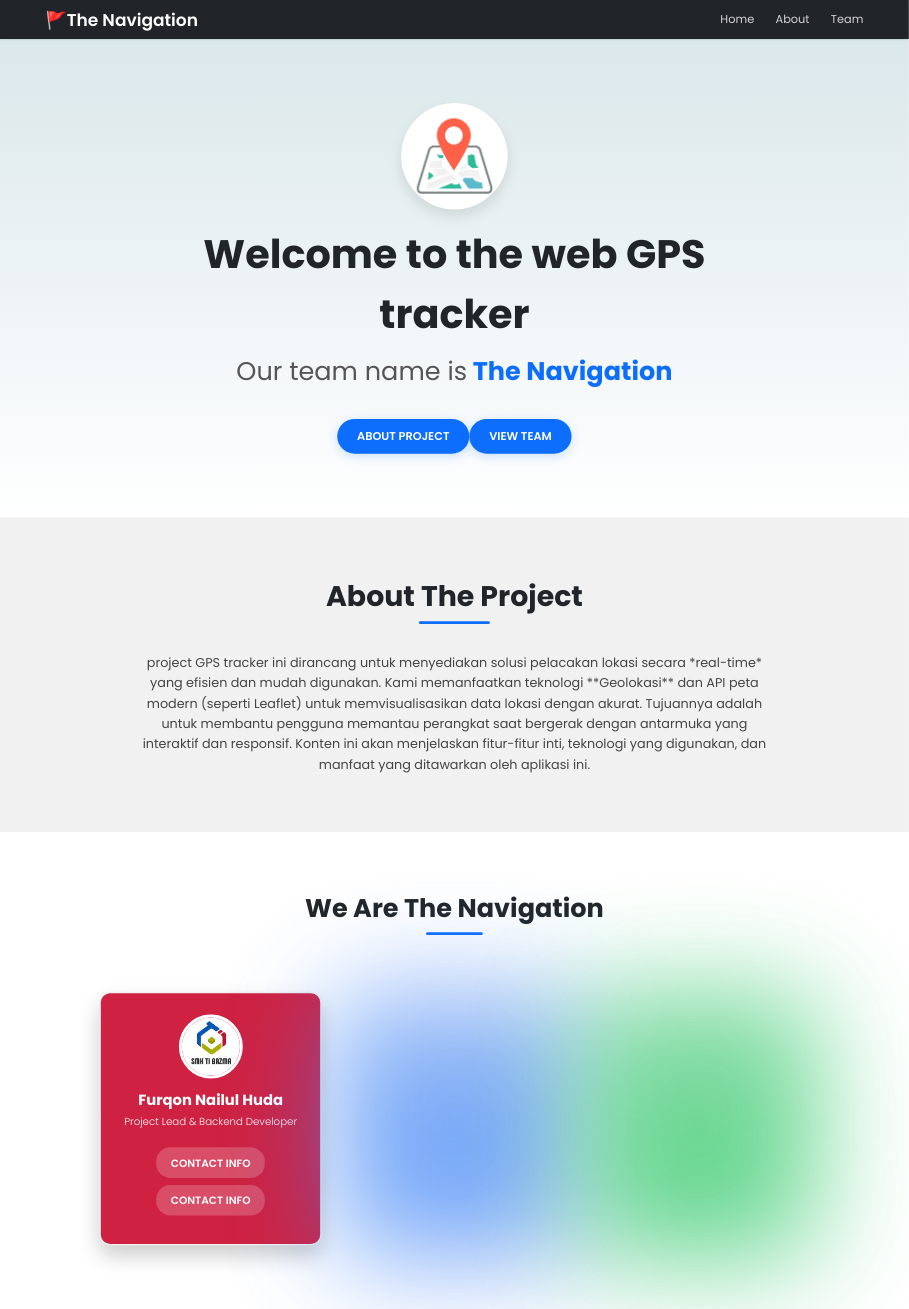
Repository: ammarsetiawan/gps-traker
Page: about.html
These files come from the project's save history. The page is drawn as it stood at one moment and after a run of saves; the edit follows.
The browser window is 1280 px wide. The pictures show the whole page, at 71% of full size.
The pointer rests on the first visible `.cards .card`.

Above is the page before, as saved 2025-11-27 16:55:44.

### about.html
<!DOCTYPE html>
<html lang="en">

<head>
    <meta charset="UTF-8">
    <meta name="viewport" content="width=device-width, initial-scale=1.0">
    <title>GPS Tracking - The Navigation</title>
    <link rel="stylesheet" href="https://unpkg.com/leaflet/dist/leaflet.css" />
    <link href="https://fonts.googleapis.com/css2?family=Poppins:wght@300;400;600;700&display=swap" rel="stylesheet">

    <style>
        :root {
            --primary-color: #0d6efd;
            --secondary-color: #0b5ed7;
            --dark-color: #212529;
            --light-color: #ffffff;
            --background-light: #f1f1f1;
            --red-card: #cf2141;
            --blue-card: #3b82f6;
            --green-card: #22c55e;
            --font-family: 'Poppins', sans-serif;
        }

        /* 🔄 Global Reset & Body */
        * {
            margin: 0;
            padding: 0;
            box-sizing: border-box;
            scroll-behavior: smooth;
        }

        body {
            font-family: var(--font-family);
            background: var(--light-color);
            padding-top: 55px;
            scroll-padding-top: 55px;
            transition: all 0.3s ease;
        }

        /* 🚀 NAVBAR */
        nav {
            background-color: var(--dark-color);
            height: 55px;
            display: flex;
            align-items: center;
            padding: 0 5%;
            position: fixed;
            width: 100%;
            top: 0;
            box-shadow: 0 2px 4px rgba(0, 0, 0, 0.1);
            z-index: 1000;
        }

        nav .brand {
            font-size: 24px;
            font-weight: 600;
            color: var(--light-color);
        }

        nav ul {
            list-style: none;
            display: flex;
            gap: 30px;
            margin-left: auto;
        }

        nav ul li a {
            text-decoration: none;
            color: rgba(255, 255, 255, 0.8);
            font-size: 16px;
            font-weight: 400;
            transition: 0.3s ease;
            position: relative;
            padding-bottom: 5px;
        }

        nav ul li a:hover {
            color: var(--light-color);
        }

        nav ul li a::after {
            content: '';
            position: absolute;
            width: 0;
            height: 2px;
            display: block;
            margin-top: 5px;
            right: 0;
            background: var(--primary-color);
            transition: width 0.3s ease;
        }

        nav ul li a:hover::after {
            width: 100%;
            left: 0;
            right: auto;
        }

        /* 🏠 Hero Section */
        .background {
            background: linear-gradient(to bottom, rgba(73, 136, 155, 0.2), rgba(92, 92, 88, 0));
            min-height: calc(100vh - 55px);
            padding: 50px 0;
            position: relative;
        }

        .container {
            height: 100%;
            display: flex;
            justify-content: center;
            align-items: center;
            padding: 0 5%;
        }

        .sub-container {
            padding: 40px 20px;
            text-align: center;
            max-width: 800px;
            margin: 0 auto;
        }

        .card-icons {
            width: 150px;
            height: 150px;
            display: flex;
            justify-content: center;
            align-items: center;
            margin: 0 auto 20px auto;
            border-radius: 50%;
            background: var(--light-color);
            box-shadow: 0 10px 20px rgba(0, 0, 0, 0.1);
            overflow: hidden;
        }

        .card-icons img {
            max-width: 80%;
            max-height: 80%;
            object-fit: contain;
        }

        .font-home {
            font-size: clamp(30px, 5vw, 56px);
            font-weight: 700;
            display: block;
            margin-bottom: 10px;
            color: var(--dark-color);
        }

        .font {
            display: flex;
            justify-content: center;
            align-items: center;
            font-size: clamp(20px, 3vw, 36px);
            font-weight: 400;
            color: #555;
            margin-bottom: 40px;
        }

        .font span {
            color: var(--primary-color);
            font-weight: 700;
            margin-left: 8px;
        }

        .button-group {
            display: flex;
            justify-content: center;

        }

        /* Tombol Utama */
        .btn-custom {
            gap: 20px;
            display: inline-block;
            background-color: var(--primary-color);
            color: var(--light-color);
            padding: 12px 28px;
            border: none;
            border-radius: 50px;
            font-size: 16px;
            cursor: pointer;
            font-weight: 600;
            box-shadow: 0 4px 15px rgba(0, 110, 255, 0.2);
            transition: all 0.3s ease;
            text-decoration: none;
            text-transform: uppercase;
        }

        .btn-custom:hover {
            background-color: var(--secondary-color);
            transform: translateY(-3px);
            box-shadow: 0 8px 20px rgba(0, 110, 255, 0.3)
        }

        .btn-custom:active {
            background-color: #0a58ca;
            transform: translateY(0);
        }

        /* 📖 About Section */
        .background-page2 {
            background-color: var(--background-light);
            padding: 80px 5%;
            min-height: 400px;
        }

        .about-content {
            text-align: center;
            max-width: 900px;
            margin: 0 auto;
        }

        .about-project {
            font-size: clamp(30px, 4vw, 40px);
            font-weight: 700;
            color: var(--dark-color);
            position: relative;
            display: inline-block;
            margin-bottom: 20px;
        }

        .about-project::after {
            content: '';
            position: absolute;
            bottom: -10px;
            left: 50%;
            transform: translateX(-50%);
            width: 100px;
            height: 4px;
            background-color: var(--primary-color);
            border-radius: 2px;
        }

        .text-about {
            margin-top: 30px;
            font-size: 18px;
            line-height: 1.6;
            color: #444;
            min-height: 100px;
        }


        .background-page3 {
            padding: 80px 5%;

            min-height: 500px;
            text-align: center;
        }

        .team {
            font-size: clamp(28px, 3.5vw, 36px);
            font-weight: 700;
            position: relative;
            display: inline-block;
            margin-bottom: 20px;
            color: var(--dark-color);
        }

        .team::after {
            content: '';
            position: absolute;
            bottom: -10px;
            left: 50%;
            transform: translateX(-50%);
            width: 80px;
            height: 4px;
            background-color: var(--primary-color);
            border-radius: 2px;
        }



        .cards {
            position: relative;
            top: 50px;
            display: grid;
            grid-template-columns: repeat(auto-fit, minmax(280px, 1fr));
            gap: 30px;
            max-width: 1000px;
            margin: 0 auto;
            padding-bottom: 50px;

        }

        .cards .card {

            display: flex;
            align-items: center;
            justify-content: center;
            flex-direction: column;
            text-align: center;
            padding: 30px 20px;
            min-height: 280px;
            border-radius: 15px;
            color: var(--light-color);
            cursor: pointer;
            transition: all 0.4s ease;
            box-shadow: 0 10px 20px rgba(0, 0, 0, 0.1);
            position: relative;
        }

        /* Definisi Warna Kartu */
        .cards .red {
            background-color: var(--red-card);
        }

        .cards .blue {
            background-color: var(--blue-card);
        }

        .cards .green {
            background-color: var(--green-card);
        }


        .cards .card img {
            width: 90px;
            height: 90px;
            border-radius: 50%;
            margin-bottom: 15px;
            object-fit: cover;
            border: 4px solid var(--light-color);
        }

        .cards .card .tip {
            font-size: 1.3em;
            font-weight: 700;
            margin-bottom: 5px;
        }

        .cards .card .second-text {
            font-size: .9em;
            font-weight: 300;
            margin-bottom: 25px;

        }

        .cards .card .btn-custom {
            padding: 10px 20px;
            font-size: 15px;
            background-color: rgba(255, 255, 255, 0.2);
            box-shadow: none;
            border-radius: 20px;
            margin-bottom: 10px;
        }

        .cards .card .btn-custom:hover {
            background-color: rgba(0, 0, 0, 0.4);
            transform: none;
        }


        .cards .card:hover {
            transform: translateY(-10px);
            border: #f1f1f1 2px solid;
            box-shadow: 0 15px 30px rgba(0, 0, 0, 0.2);
        }



        /* Efek blur pada kartu lain saat hover */
        .cards:hover>.card:not(:hover) {
            filter: blur(80px);
            opacity: 0.8;
            transform: none;
        }


        #menuBtn {
            margin-left: auto;
            background: transparent;
            border: none;
            padding: 5px;
            cursor: pointer;
            display: none;

        }

        #menuBtn div {
            width: 25px;
            height: 3px;
            background-color: var(--light-color);
            margin: 4px 0;
            transition: 0.3s;
            border-radius: 2px;
        }

        /* 📱 MEDIA QUERY: Mobile/Tablet */
        @media (max-width: 768px) {
            .btn-custom {
                margin-bottom: 20px;
            }

            nav {
                padding: 0 3%;
            }

            nav ul {
                position: fixed;
                top: 55px;
                right: 0;
                background: var(--dark-color);
                width: 200px;
                flex-direction: column;
                padding: 15px;
                display: none;
                border-bottom-left-radius: 10px;
                z-index: 999;
                box-shadow: -2px 2px 5px rgba(0, 0, 0, 0.2);
                transform: translateX(100%);
                transition: transform 0.3s ease-out;
            }

            nav ul.show {
                display: flex;
                transform: translateX(0);
            }

            nav ul li a {
                padding: 10px 0;
                display: block;
                border-bottom: 1px solid rgba(255, 255, 255, 0.1);
            }

            #menuBtn {
                display: block;
            }

            .button-group {
                flex-direction: column;
                gap: 15px;
            }

            .btn-custom {
                width: 80%;
                margin: 0 auto;
            }

            /* Perbaikan fokus di mobile */
            .background-page3 {
                padding: 60px 3%;

            }

            .cards {
                grid-template-columns: 1fr;

                top: 30px;
            }
        }
    </style>
</head>

<body>

    <nav>
        <h2 class="brand">🚩The Navigation</h2>

        <button id="menuBtn">
            <div></div>
            <div></div>
            <div></div>
        </button>

        <ul id="menu">
            <li><a href="./index.html">Home</a></li>
            <li><a href="#about-section">About</a></li>
            <li><a href="#view-team">Team</a></li>
        </ul>
    </nav>

    <section class="background">
        <div class="container">
            <div class="sub-container">
                <div class="card-icons">


                    <img src="./png-clipart-gps-navigation-device-gps-tracking-unit-vehicle-tracking-system-icon-green-map-red-location-mark-map-logo-electronics-text-thumbnail-removebg-preview.png"
                        alt="">

                </div>

                <h2 class="font-home">Welcome to the web GPS tracker</h2>
                <div class="font">
                    Our team name is
                    <span class="font-arch">The Navigation</span>
                </div>

                <div class="button-group">
                    <a href="#about-section" class="btn-custom">
                        About Project
                    </a>
                    <a href="#view-team" class="btn-custom">
                        View Team
                    </a>
                </div>
            </div>
        </div>
        <footer>
        </footer>
    </section>

    <section class="background-page2" id="about-section">
        <div class="about-content">
            <h2 class="about-project">About The Project</h2>
            <p class="text-about">
                project GPS tracker ini dirancang untuk menyediakan solusi pelacakan lokasi secara *real-time* yang
                efisien dan mudah digunakan. Kami memanfaatkan teknologi **Geolokasi** dan API peta modern (seperti
                Leaflet) untuk memvisualisasikan data lokasi dengan akurat. Tujuannya adalah untuk membantu pengguna
                memantau perangkat saat bergerak dengan antarmuka yang interaktif dan responsif. Konten ini akan
                menjelaskan fitur-fitur inti, teknologi yang digunakan, dan manfaat yang ditawarkan oleh aplikasi ini.
            </p>
        </div>
    </section>

    <section class="background-page3" id="view-team">
        <div style="text-align: center; padding-bottom: 30px;">
            <h2 class="team">We Are The Navigation</h2>
        </div>

        <div class="cards">
            <div class="card red">
                <img src="data:[embedded picture, 6755 characters]"
                    alt="Furqon Nailul Huda Avatar">
                <p class="tip">Furqon Nailul Huda</p>
                <p class="second-text">Project Lead & Backend Developer</p>

                <a href="#" class="btn-custom">Contact Info</a>
                <a href="#" class="btn-custom">Contact Info</a>
            </div>
            <div class="card blue">
                <img src="data:[embedded picture, 6755 characters]"
                    alt="Ammar Bassam Setiawan Avatar">
                <p class="tip">Ammar Bassam Setiawan</p>
                <p class="second-text">Frontend & UI/UX Specialist</p>
                <a href="#" class="btn-custom">Contact Info</a>
            </div>
            <div class="card green">
                <img src="data:[embedded picture, 6755 characters]"
                    alt="Dhabit Abdilah Adibraja Avatar">
                <p class="tip">Dhabit Abdilah Adibraja</p>
                <p class="second-text">Database & Infrastructure Engineer</p>
                <a href="#" class="btn-custom">Contact Info</a>
            </div>
        </div>
    </section>


    <div id="content"></div>
    <script>
        const btn = document.getElementById("menuBtn");
        const menu = document.getElementById("menu");

        btn.addEventListener("click", () => {
            // Menggunakan class 'show' untuk menampilkan/menyembunyikan menu
            menu.classList.toggle('show');
        });

        // Menutup menu saat link di klik (khusus mobile)
        document.querySelectorAll('#menu a').forEach(link => {
            link.addEventListener('click', () => {
                // Hanya tutup jika tampilan adalah mobile (misalnya, jika menu ditampilkan sebagai dropdown)
                if (window.innerWidth <= 768) {
                    menu.classList.remove('show');
                }
            });
        });
    </script>

</body>

</html>

After the next 2 saves:
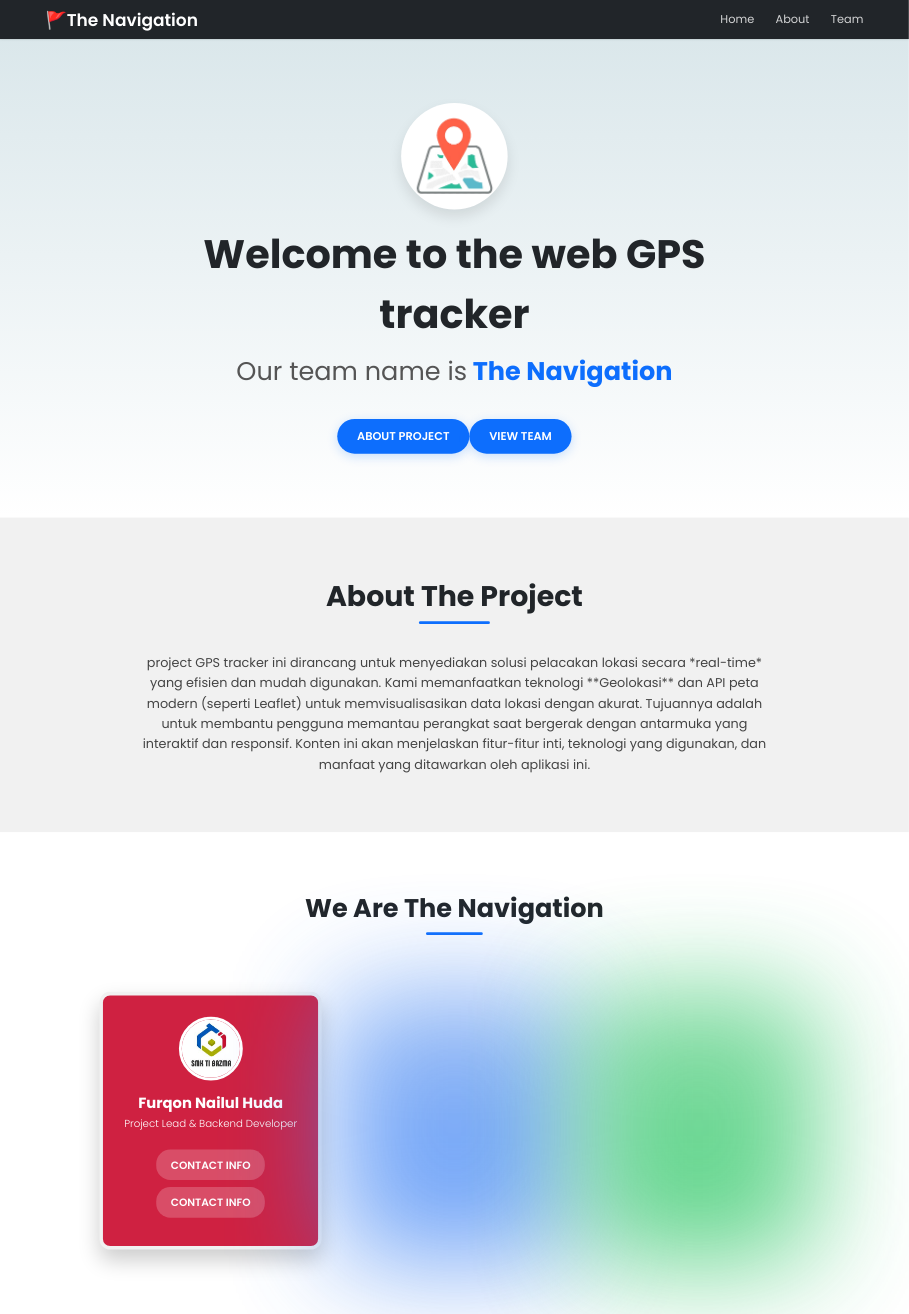
The 2 saves are shown as one change because they came seconds apart.
The last was saved 22 s later.
--- a/about.html
+++ b/about.html
@@ -352,7 +352,7 @@
 
         .cards .card:hover {
             transform: translateY(-10px);
-            border: #f1f1f1 2px solid;
+            border: #f1f1f1 5px solid;
             box-shadow: 0 15px 30px rgba(0, 0, 0, 0.2);
         }
 
